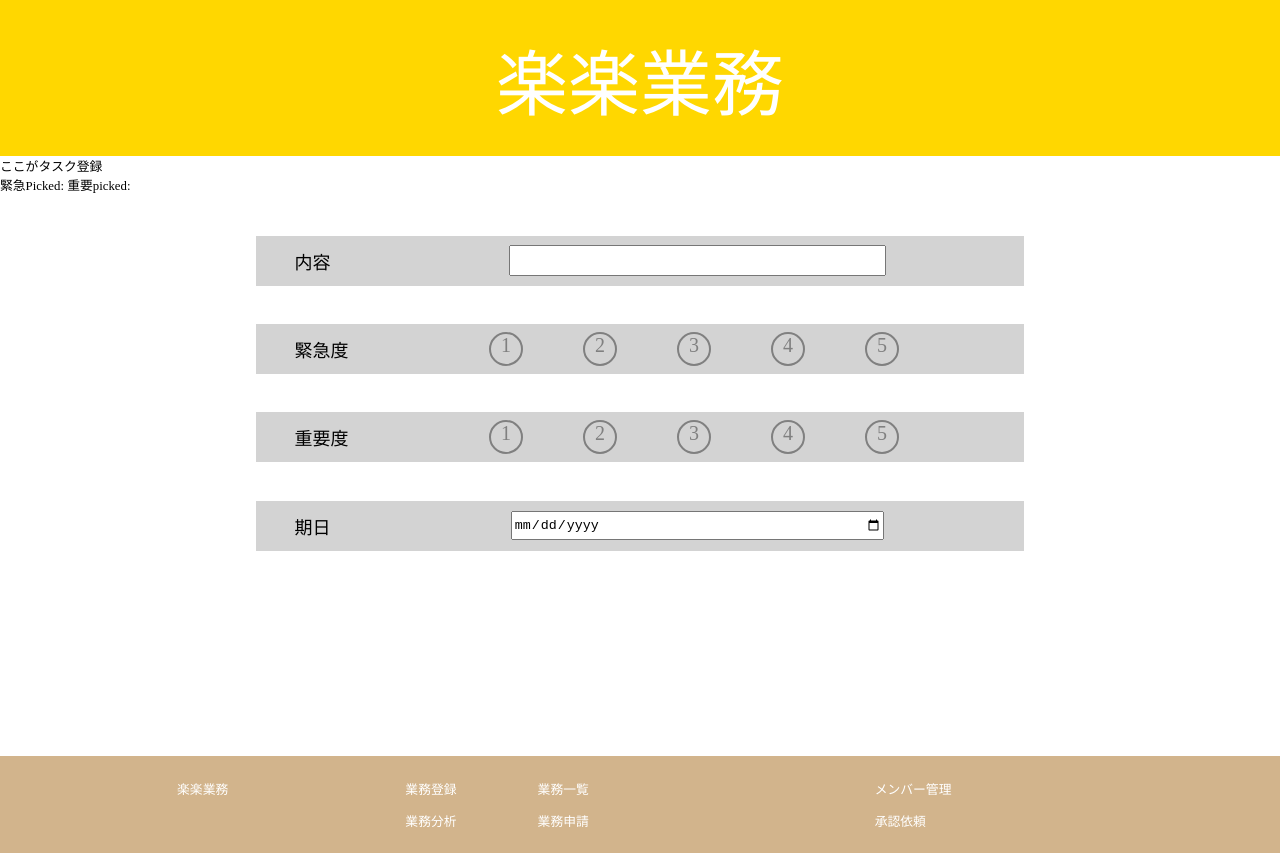
Repository: Reiya-1003/VueReplaceTask
Page: /#/register
An editor plug-in stored every save of this project. The page is shown before and after the next save, followed by the edit.
The browser window is 1280 px wide. The pictures show the whole page.
The project was rebuilt for these pictures with package versions that can differ from the ones it lists, and the page was loaded fresh each time. Also part of the build but not shown: vue.config.js, src/components/pages/PageHome.vue.

Above is the page before, as saved 2022-06-16 17:32:38.

### public/index.html
<!DOCTYPE html>
<html lang="">
  <head>
    <meta charset="utf-8">
    <meta http-equiv="X-UA-Compatible" content="IE=edge">
    <meta name="viewport" content="width=device-width,initial-scale=1.0">
    <link rel="icon" href="<%= BASE_URL %>favicon.ico">
    <link rel="stylesheet" href="style.css">
    <title><%= htmlWebpackPlugin.options.title %></title>
  </head>
  <body>
    <noscript>
      <strong>We're sorry but <%= htmlWebpackPlugin.options.title %> doesn't work properly without JavaScript enabled. Please enable it to continue.</strong>
    </noscript>
    <div id="app"></div>
    <!-- built files will be auto injected -->
  </body>
</html>

### src/main.js
import Vue from 'vue'
import App from './App.vue'
import router from './roter'

Vue.config.productionTip = false


new Vue({
  router,
  render: h => h(App),
}).$mount('#app')

### src/App.vue
<template>
  <div>
      <PageHeader />

        <!-- <PageHome /> -->
        <router-view />

      <PageFooter />
  </div>
</template>

<script>
import PageHeader from "./components/modules/PageHeader";
import PageFooter from "./components/modules/PageFooter";


export default {
  name: 'App',
  components: {
    PageHeader,
    PageFooter,


  },

}
</script>

<style>

</style>

### src/roter.js
import Vue from 'vue'
import VueRouter from 'vue-router'
import Home from '@/components/pages/PageHome.vue'
import Register from '@/components/pages/PageRegister.vue'
import Edit from '@/components/pages/PageEdit.vue'




Vue.use(VueRouter)

export default new VueRouter({
  // デフォルトの挙動では URL に `#` が含まれる.
  // URL から hash を取り除くには `mode:history` を指定する
  // mode: 'history',
  base: __dirname,

  routes: [
    {
      path: '/',
      name: 'home',
      component: Home
    },
    {
      path: '/register',
      name: 'register',
      component: Register
    },
    {
      path: '/edit',
      name: 'edit',
      component: Edit
    },



  ]

})

### src/components/modules/PageHeader.vue
<template>
  <header id="headerblock">

    <h1 id="title" ><router-link to="/" >楽楽業務</router-link></h1>


  </header>
</template>

<script>
export default {
  name: 'PageHeader',

}
</script>


<style lang="scss" type="text/css">
  #headerblock{
    height: 10%;
    width: 100%;
    background-color: #ffd700;
    h1{
      margin: 0;
      text-align: center;
      padding: 2%;
      color: white;
      font-size: 10vh;
      font-weight: normal;
      a{
      cursor: pointer;
      color: inherit;
      text-decoration: none;
    }
    }


  }
</style>

### src/components/modules/PageFooter.vue
<template>
  <div id="footblock">

    <div class="flexitem1">
      <p><router-link to="/" >楽楽業務</router-link></p>
    </div>
    <div class="flexitem2">
      <div>
        <!-- roter-linkになると思う -->
        <p><router-link to="/register">業務登録</router-link></p>
        <p>業務分析</p>
      </div>
      <div class="item">
        <p>業務一覧</p>
        <p>業務申請</p>
      </div>
    </div>
    <div class="flexitem3">
      <p>メンバー管理</p>
      <p>承認依頼</p>
    </div>


  </div>
</template>

<script>
export default {
  name: 'PageFooter',

}
</script>


<style lang="scss" type="text/css">
  #footblock{
    background-color: #d2b48c;
    color: white;
    display: flex;
    justify-content: space-around;

    .flexitem1{
      width: 100%;
      text-align: center;
      padding-top: 10px;
      padding-bottom: 10px;
      a{
      cursor: pointer;
      color: inherit;
      text-decoration: none;
      }
    }
    .flexitem2{
      width: 100%;
      display: flex;
      padding-top: 10px;
      padding-bottom: 10px;
      justify-content: flex-start;
      a{
      cursor: pointer;
      color: inherit;
      text-decoration: none;
      }
      .item{
        padding-left: 20%;
      }
    }
    .flexitem3{
      padding-top: 10px;
      padding-bottom: 10px;
      padding-left: 5%;
      width: 100%;
      a{
      cursor: pointer;
      color: inherit;
      text-decoration: none;
      }
    }
  }
</style>

### src/components/pages/PageRegister.vue
<template>
  <div style="height: 600px">
    <div>ここがタスク登録</div>
    <span>緊急Picked: {{ Urgencypicked}}</span>
    <span>重要picked: {{picked}}</span>

    <div class="listbox">
      <div class="listitem">
        <span class="itemtitle">内容</span
        ><span class="item"><input type="text" class="textinput" /></span>
      </div>
      <div class="listradioitem">
        <span class="itemtitle">緊急度</span>
        <span class="item">
          <input type="radio" id="one" value="one" name="Urgency" class="radioinput" v-model="Urgencypicked"/><label
            for="one"
            >1</label>
          <input type="radio" id="two" value="two" name="Urgency" class="radioinput" v-model="Urgencypicked"/><label
            for="two"
            >2</label>
            <input type="radio" id="three" value="three" name="Urgency" class="radioinput" v-model="Urgencypicked"/><label
            for="three"
            >3</label>
            <input type="radio" id="four" value="four" name="Urgency" class="radioinput" v-model="Urgencypicked"/><label
            for="four"
            >4</label>
            <input type="radio" id="five" value="five" name="Urgency" class="radioinput" v-model="Urgencypicked"/><label
            for="five"
            >5</label>

        </span>
      </div>
      <div class="listradioitem">
        <span class="itemtitle">重要度</span>
        <span class="item">
          <input type="radio" id="imone" value="one" name="importance" class="radioinput" v-model="picked"/><label
            for="imone"
            >1</label>
          <input type="radio" id="imtwo" value="two" name="importance" class="radioinput" v-model="picked"/><label
            for="imtwo"
            >2</label>
            <input type="radio" id="imthree" value="three" name="importance" class="radioinput" v-model="picked"/><label
            for="imthree"
            >3</label>
            <input type="radio" id="imfour" value="four" name="importance" class="radioinput" v-model="picked"/><label
            for="imfour"
            >4</label>
            <input type="radio" id="imfive" value="five" name="importance" class="radioinput" v-model="picked"/><label
            for="imfive"
            >5</label>

        </span>
      </div>
      <div class="listitem">
        <span class="itemtitle">期日</span
        ><span class="item"><input type="date" class="dateinput" /></span>
      </div>
    </div>
  </div>
</template>

<script>
export default {
  name: "PageRegister",
  data(){
    return{
      Urgencypicked:"",
      picked:""
    }
  }
};
</script>

<style lang="scss" type="text/css">
.listbox {
  margin: 3px auto;
  height: 400px;
  width: 60%;
  display: flex;
  flex-direction: column;
  .listitem{
    .item {
      width: 80%;
      display: flex;
      justify-content: center;
      margin-left: 5%;
      .textinput {
        width: 60%;
        height: 25px;
       margin-left: 7%;
      }
      .dateinput {
        width: 60%;
        height: 25px;
        margin-left: 7%;
      }

  }
  }

  .listradioitem {
    height: 50px;
    display: flex;
    align-items: center;
    margin-top: 5%;
    background-color: lightgray;
    text-align: center;
    .itemtitle {
      margin-left: 5%;
      font-size: large;
    }
    .item {
      width: 80%;
      display: flex;
      justify-content: center;
      margin-left: 5%;

      .radioinput{
        display: none;

      }


label:hover {
background-color: #E2EDF9; /* マウスオーバー時の背景色を指定する */
}
label {
    display: block;
    float: left;
    margin: 5px;
    width: 30px;
    height: 30px;
    text-align: center;
    color: gray;
    cursor: pointer;
    border: 2px solid;
    border-radius: 50%;
    font-size: 20px;
    margin-left: 30px;
    margin-right: 30px;

}
:checked + label {
  color: #ffffff;
}




    }
  }
}
</style>

### src/components/pages/PageEdit.vue
<template>
  <div style="height: 600px">
    <div>ここがタスク登録</div>
    <span>緊急Picked: {{ Urgencypicked}}</span>
    <span>重要picked: {{picked}}</span>

    <div class="listbox">
      <div class="listitem">
        <span class="itemtitle">内容</span
        ><span class="item"><input type="text" class="textinput" /></span>
      </div>
      <div class="listradioitem">
        <span class="itemtitle">緊急度</span>
        <span class="item">
          <input type="radio" id="one" value="one" name="Urgency" class="radioinput" v-model="Urgencypicked"/><label
            for="one"
            >1</label>
          <input type="radio" id="two" value="two" name="Urgency" class="radioinput" v-model="Urgencypicked"/><label
            for="two"
            >2</label>
            <input type="radio" id="three" value="three" name="Urgency" class="radioinput" v-model="Urgencypicked"/><label
            for="three"
            >3</label>
            <input type="radio" id="four" value="four" name="Urgency" class="radioinput" v-model="Urgencypicked"/><label
            for="four"
            >4</label>
            <input type="radio" id="five" value="five" name="Urgency" class="radioinput" v-model="Urgencypicked"/><label
            for="five"
            >5</label>

        </span>
      </div>
      <div class="listradioitem">
        <span class="itemtitle">重要度</span>
        <span class="item">
          <input type="radio" id="imone" value="one" name="importance" class="radioinput" v-model="picked"/><label
            for="imone"
            >1</label>
          <input type="radio" id="imtwo" value="two" name="importance" class="radioinput" v-model="picked"/><label
            for="imtwo"
            >2</label>
            <input type="radio" id="imthree" value="three" name="importance" class="radioinput" v-model="picked"/><label
            for="imthree"
            >3</label>
            <input type="radio" id="imfour" value="four" name="importance" class="radioinput" v-model="picked"/><label
            for="imfour"
            >4</label>
            <input type="radio" id="imfive" value="five" name="importance" class="radioinput" v-model="picked"/><label
            for="imfive"
            >5</label>

        </span>
      </div>
      <div class="listitem">
        <span class="itemtitle">期日</span
        ><span class="item"><input type="date" class="dateinput" /></span>
      </div>
    </div>
  </div>
</template>

<script>
export default {
  name: "PageEdit",
  data(){
    return{
      Urgencypicked:"",
      picked:""
    }
  }
};
</script>

<style lang="scss" type="text/css">
.listbox {
  margin: 3px auto;
  height: 400px;
  width: 60%;
  display: flex;
  flex-direction: column;

  .listitem {
    height: 50px;
    display: flex;
    align-items: center;
    margin-top: 5%;
    background-color: lightgray;
    text-align: center;
    .itemtitle {
      margin-left: 5%;
      font-size: large;
    }
    .item {
      width: 80%;
      display: flex;
      justify-content: center;
      margin-left: 5%;
      .textinput {
        width: 60%;
        height: 25px;
      }
      .dateinput {
        width: 60%;
        height: 25px;
      }
      .radioinput{
        display: none;

      }


label:hover {
background-color: #E2EDF9; /* マウスオーバー時の背景色を指定する */
}
label {
    display: block;
    float: left;
    margin: 5px;
    width: 30px;
    height: 30px;
    text-align: center;
    color: gray;
    cursor: pointer;
    border: 2px solid;
    border-radius: 50%;
    font-size: 20px;
    margin-left: 30px;
    margin-right: 30px;

}
:checked + label {
  color: #ffffff;
}




    }
  }
}
</style>

### public/style.css
body{
  margin: 0;
  font-size: 1vmax;
}

After the next save:
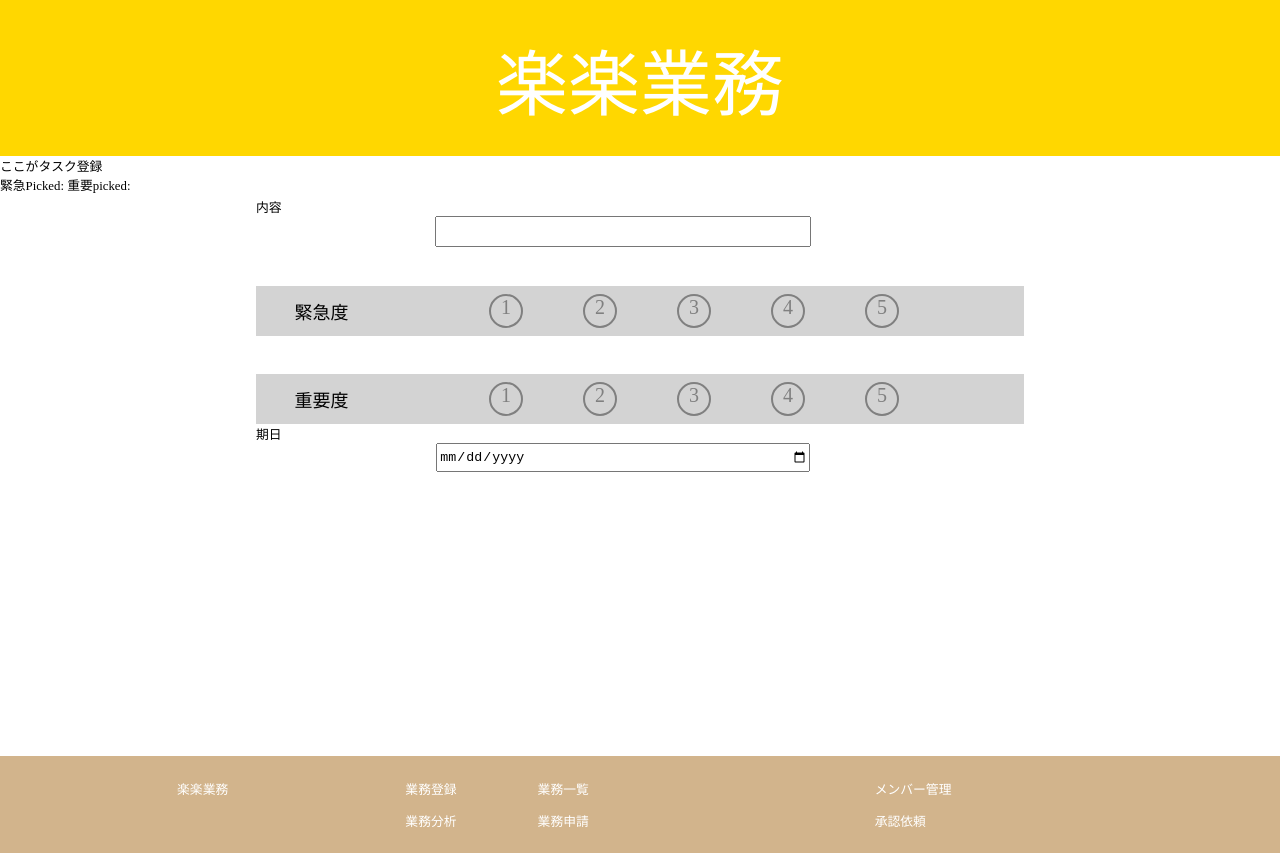
Saved 22 s later.
--- a/src/components/pages/PageEdit.vue
+++ b/src/components/pages/PageEdit.vue
@@ -61,7 +61,7 @@
 
 <script>
 export default {
-  name: "PageEdit",
+  name: "PageRegister",
   data(){
     return{
       Urgencypicked:"",
@@ -78,8 +78,27 @@
   width: 60%;
   display: flex;
   flex-direction: column;
+  .listitem{
+    .item {
+      width: 80%;
+      display: flex;
+      justify-content: center;
+      margin-left: 5%;
+      .textinput {
+        width: 60%;
+        height: 25px;
+       margin-left: 7%;
+      }
+      .dateinput {
+        width: 60%;
+        height: 25px;
+        margin-left: 7%;
+      }
 
-  .listitem {
+  }
+  }
+
+  .listradioitem {
     height: 50px;
     display: flex;
     align-items: center;
@@ -95,14 +114,7 @@
       display: flex;
       justify-content: center;
       margin-left: 5%;
-      .textinput {
-        width: 60%;
-        height: 25px;
-      }
-      .dateinput {
-        width: 60%;
-        height: 25px;
-      }
+
       .radioinput{
         display: none;
 

After the 3 saves that followed:
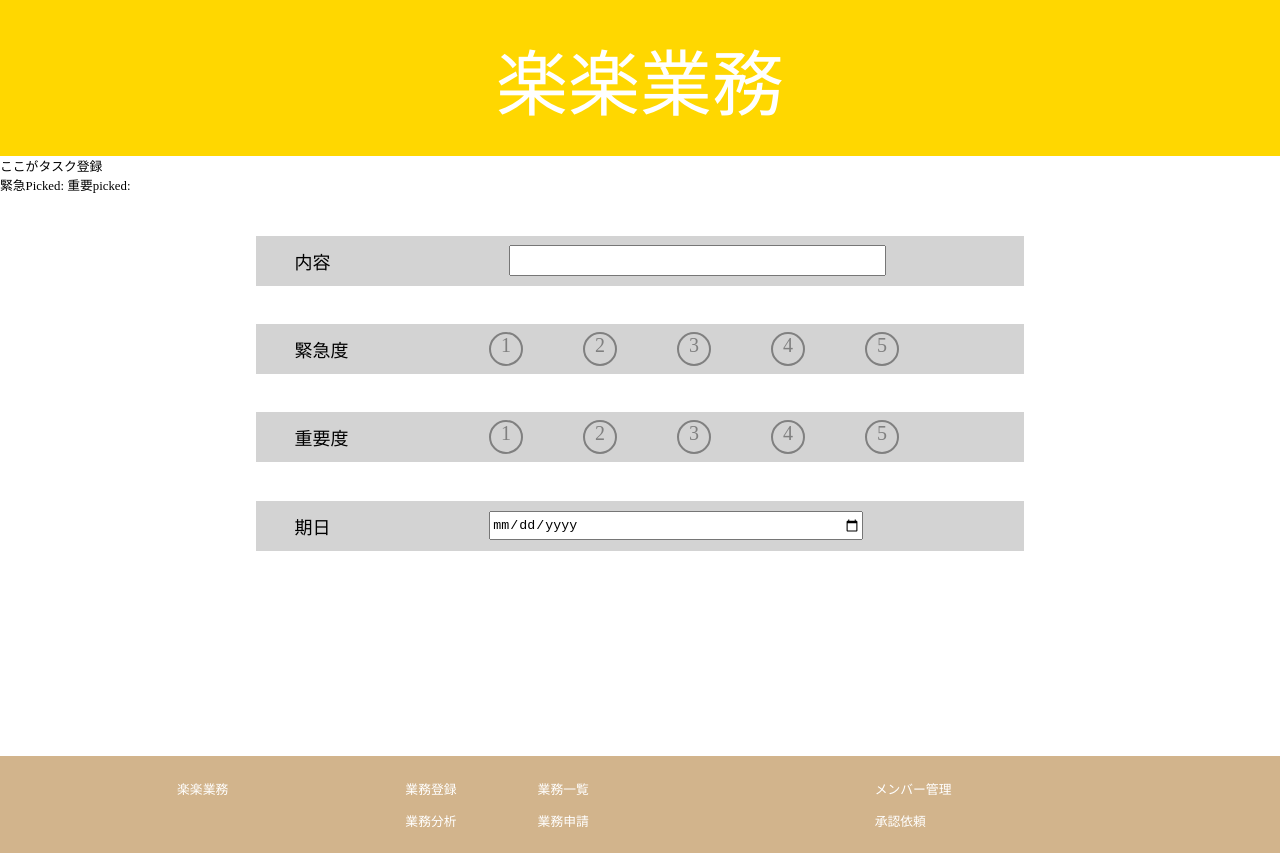
The 3 saves are shown as one change because 2 left the picture as it was.
The last was saved 64 s later.
--- a/src/components/pages/PageRegister.vue
+++ b/src/components/pages/PageRegister.vue
@@ -92,7 +92,7 @@ export default {
       .dateinput {
         width: 60%;
         height: 25px;
-        margin-left: 7%;
+
       }
 
   }
--- a/src/components/pages/PageEdit.vue
+++ b/src/components/pages/PageEdit.vue
@@ -61,7 +61,7 @@
 
 <script>
 export default {
-  name: "PageRegister",
+  name: "PageEdit",
   data(){
     return{
       Urgencypicked:"",
@@ -78,27 +78,8 @@
   width: 60%;
   display: flex;
   flex-direction: column;
-  .listitem{
-    .item {
-      width: 80%;
-      display: flex;
-      justify-content: center;
-      margin-left: 5%;
-      .textinput {
-        width: 60%;
-        height: 25px;
-       margin-left: 7%;
-      }
-      .dateinput {
-        width: 60%;
-        height: 25px;
-        margin-left: 7%;
-      }
 
-  }
-  }
-
-  .listradioitem {
+  .listitem {
     height: 50px;
     display: flex;
     align-items: center;
@@ -114,7 +95,14 @@
       display: flex;
       justify-content: center;
       margin-left: 5%;
-
+      .textinput {
+        width: 60%;
+        height: 25px;
+      }
+      .dateinput {
+        width: 60%;
+        height: 25px;
+      }
       .radioinput{
         display: none;
 
